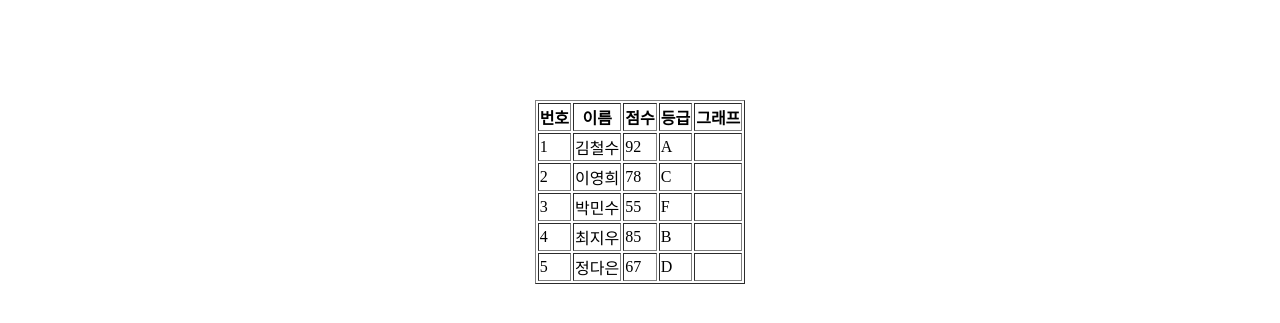
Repository: kkw3202/Jsp2026
Page: http://localhost/chapter01/example_score.jsp
An editor plug-in stored every save of this project. The page is shown before and after the next save, followed by the edit.
The browser window is 1280 px wide. The pictures show the whole page.
The page is served by Tomcat 9.

Above is the page before, as saved 2026-10-16 04:37:36.

After the next save:
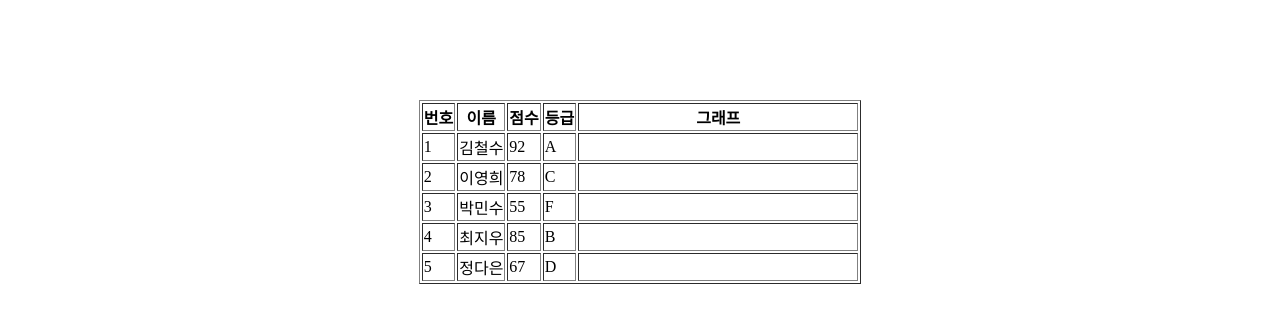
Saved 33 s later.
--- a/chapter01/src/main/webapp/example_score.jsp
+++ b/chapter01/src/main/webapp/example_score.jsp
@@ -41,7 +41,7 @@
 					out.print("<td>"+names[i]+"</td>");
 					out.print("<td>"+scores[i]+"</td>");
 					out.print("<td>"+ grade(scores[i]) +"</td>");
-					out.print("<td><div style='width:" + "'" + "></div></td>");
+					out.print("<td><div style='width:" + scores[i]*3 + "px'" + "></div></td>");
 
 
 				out.print("</tr>");
